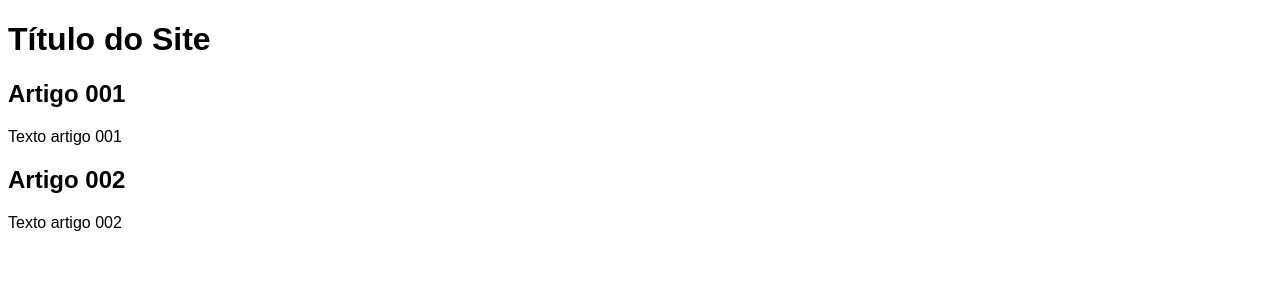
Repository: hbrunobrito/projeto-site
Page: index.html
These files come from the project's save history. The page is drawn as it stood at one moment and after a run of saves; the edit follows.
The browser window is 1280 px wide. The pictures show the whole page.

Above is the page before, as saved 2024-03-29 09:06:02.

After the next 2 saves:
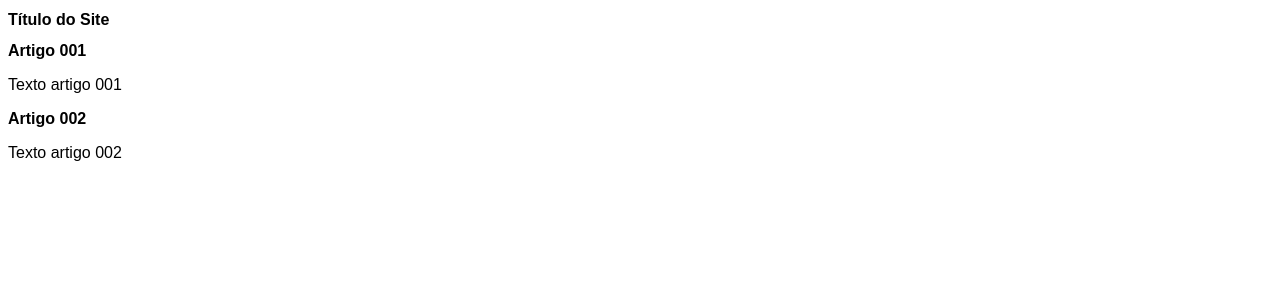
The 2 saves are shown as one change because they came seconds apart.
The last was saved 6 s later.
--- a/estilos/style.css
+++ b/estilos/style.css
@@ -1,4 +1,4 @@
 * {
     font-family: Arial, Helvetica, sans-serif;
-    font-size: ;
+    font-size: 16px;
 }
